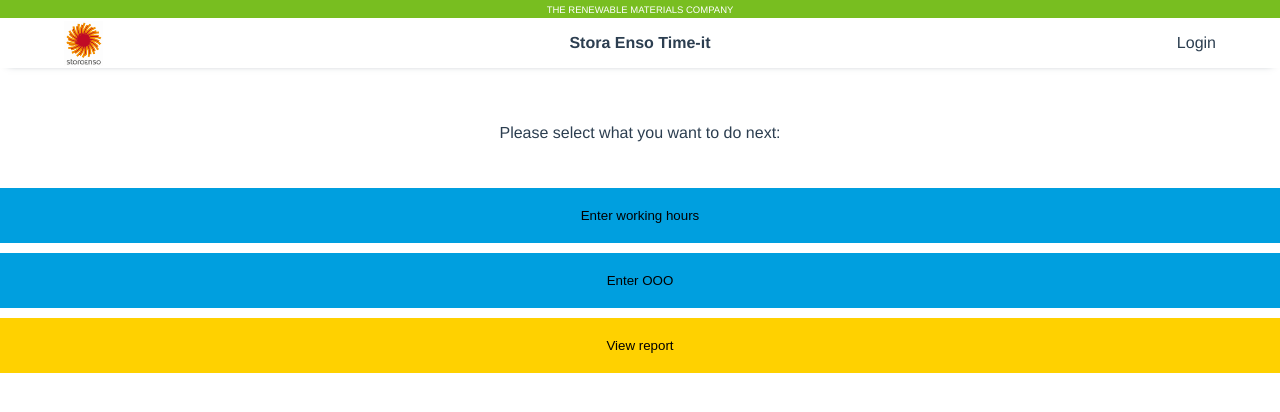
Repository: marianreha/vue-timeit
Page: /
The author's editor kept a copy of each file at every save. The page is drawn from the files as they stood at one save, then again after the next save.
The browser window is 1280 px wide. The pictures show the whole page.
Some web fonts or font styles are not loaded; a fallback is used. The project was rebuilt for these pictures with package versions that can differ from the ones it lists, and the page was loaded fresh each time. Also part of the build but not shown: vue.config.js.

Above is the page before, as saved 2020-03-29 21:05:23.

### src/App.vue
<template>
  <div id="app">
    <Navbar />
    <Home />
  </div>
</template>

<script>
import Navbar from './components/Navbar'
import Home from './components/Home'

export default {
  name: 'App',
  components: {
    Navbar,
    Home,
  }
}
</script>

<style>
@import url(//db.onlinewebfonts.com/c/2afedaab5a5177410b408023384af22d?family=HelveticaNeueLTW01-55Roman);

#app {
  font-family: Helvetica, Arial, sans-serif;
  -webkit-font-smoothing: antialiased;
  -moz-osx-font-smoothing: grayscale;
  text-align: center;
  color: #2c3e50;
  padding: 0px;
}

body {
  margin: 0;
}

* {
    cursor: default;
}

</style>

### src/components/Navbar.vue
<template>
  <div>
      <header class="green">
          The renewable materials company
      </header>
      <header class="navbar">
          <img class="logo" src="../assets/logo.jpg" alt="logo">
          <nav>
              Stora Enso Time-it
          </nav>
          <span>Login</span>
      </header>
  </div>
</template>

<script>
export default {
    name: 'Navbar',
}
</script>

<style>
.green {
    padding: 4px 0 3px 0;
    background-color: #78BE20;
    color: #FFFFFF;
    font-size: 9.5px;
    text-transform: uppercase;
}

.navbar {
    display: flex;
    height: 2rem;
    justify-content: space-between;
    align-items: center;
    padding: 25px 5%;
    box-shadow: 0 3px 8px -8px;
    box-sizing: border-box;
}

.navbar nav {
    font-weight: bold;
}

.logo {
    height: 45px;
    cursor: pointer;
}
</style>>

### src/components/Home.vue
<template>
    <div>
        <p>Please select what you want to do next:</p>
        <div class="container">
            <button class="btn">Enter working hours</button>
            <button class="btn">Enter OOO</button>
            <button class="btn btn-yellow">View report</button>
        </div>
    </div>
</template>

<script>
export default {
    name: "Home"
}
</script>

<style>
p {
    padding: 40px 0 30px 0;
}

.container {
    padding-top: 0px;
    display: flex;
    flex-direction: column;
}

.btn {
    padding: 20px;
    margin-bottom: 10px;
    background-color: #009FDF;
    border: none;
}

.btn:hover {
    background-color: #006cbe;
}

.btn-yellow {
    background-color: #FFD100;
}


/* .buttons {
    display: flex;
    flex-direction: column;
    padding: 0 5%;
    max-width: 700px;
    text-align: center;
}

.buttons span {
    padding: 25px 20% 25px 20%;
    color: #ffffff;
    font-weight: bold;
    margin: 5px;
}




} */

/* .btn-group {
    display: block;
    padding: 0 10%;
    width: 120%;
    justify-content: left;
}

.btn-group button {
    padding: 25px;
} */

</style>

Loaded but not shown: public/index.html (common file); src/main.js (common file)

After the next save:
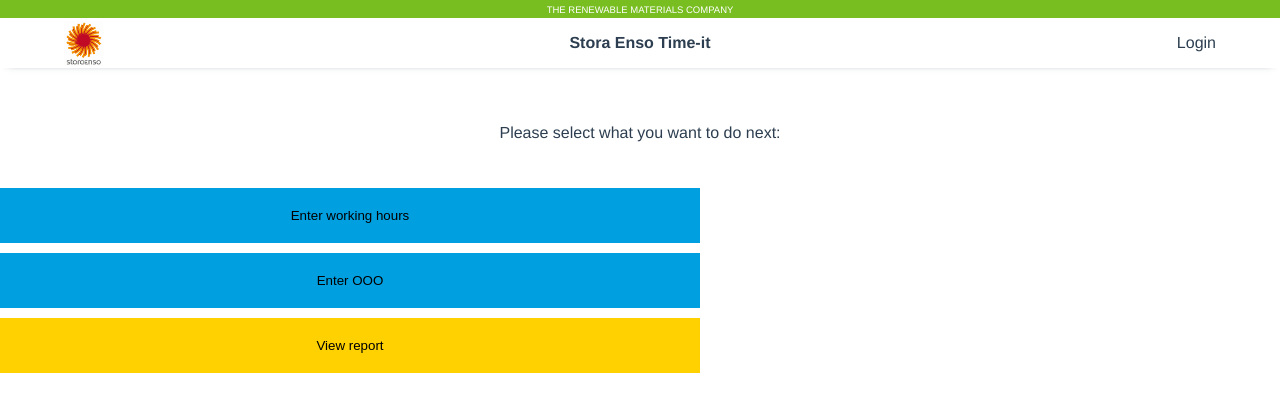
Saved 18 s later.
--- a/src/components/Home.vue
+++ b/src/components/Home.vue
@@ -24,6 +24,7 @@
     padding-top: 0px;
     display: flex;
     flex-direction: column;
+    max-width: 700px;
 }
 
 .btn {

After the save that followed:
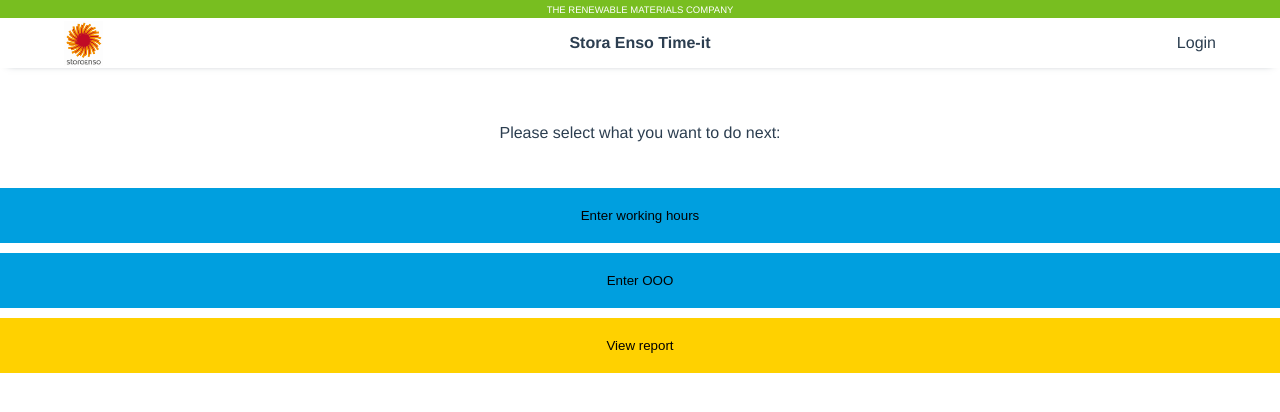
Saved 11 s later.
--- a/src/components/Home.vue
+++ b/src/components/Home.vue
@@ -24,7 +24,6 @@
     padding-top: 0px;
     display: flex;
     flex-direction: column;
-    max-width: 700px;
 }
 
 .btn {
